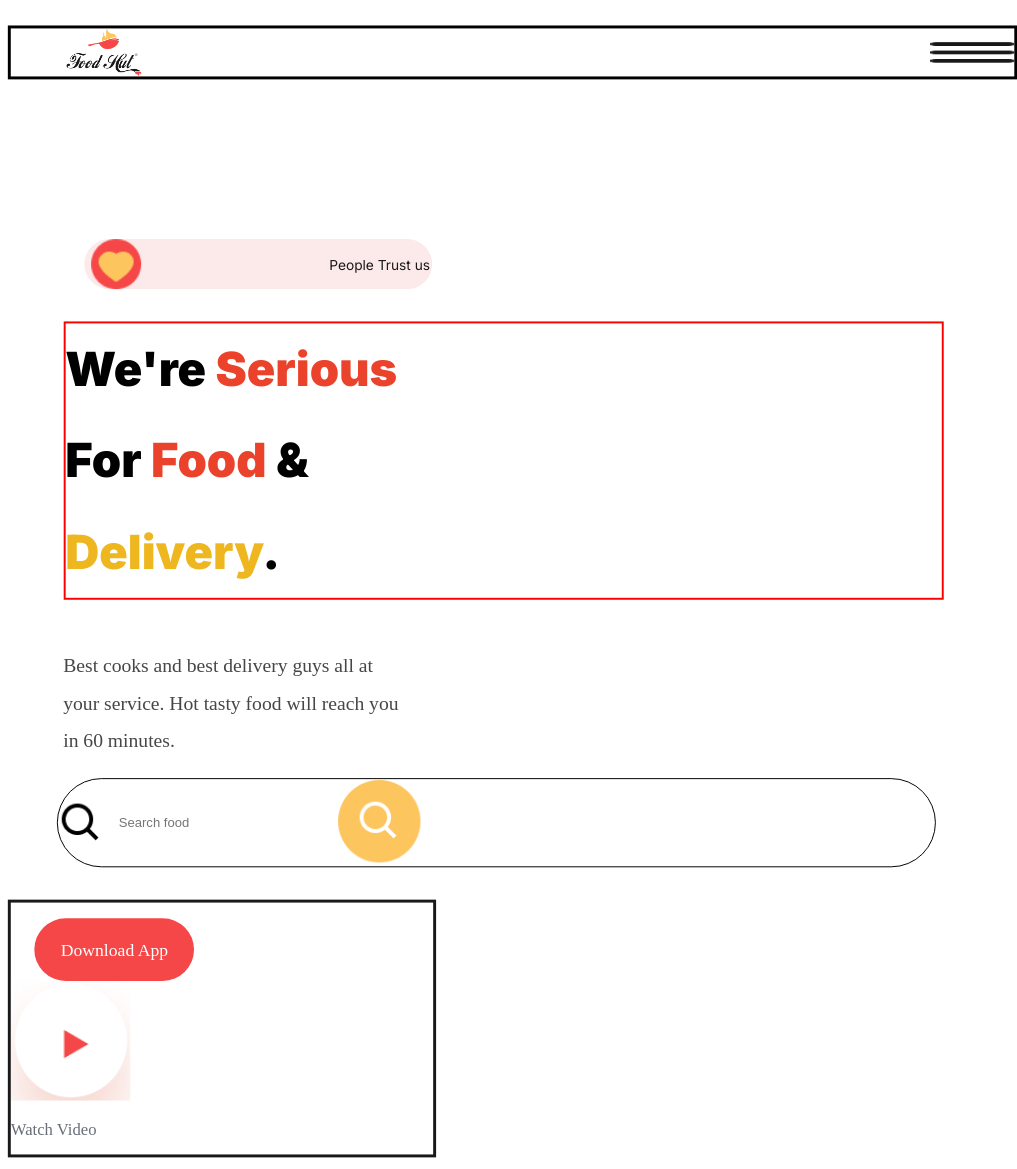
Repository: ReyhanehRahmani/Food-Hut
Page: FoodHut.html
An editor plug-in stored every save of this project. The page is shown before and after the next save, followed by the edit.
The browser window is 1024 px wide. The page is 1038 px wide, so the pictures cover 1038 px, including what lies to the right of the window. The pictures show the whole page, at 98% of full size.
Some web fonts or font styles are not loaded; a fallback is used.

Above is the page before, as saved 2025-05-28 23:42:58.

After the next save:
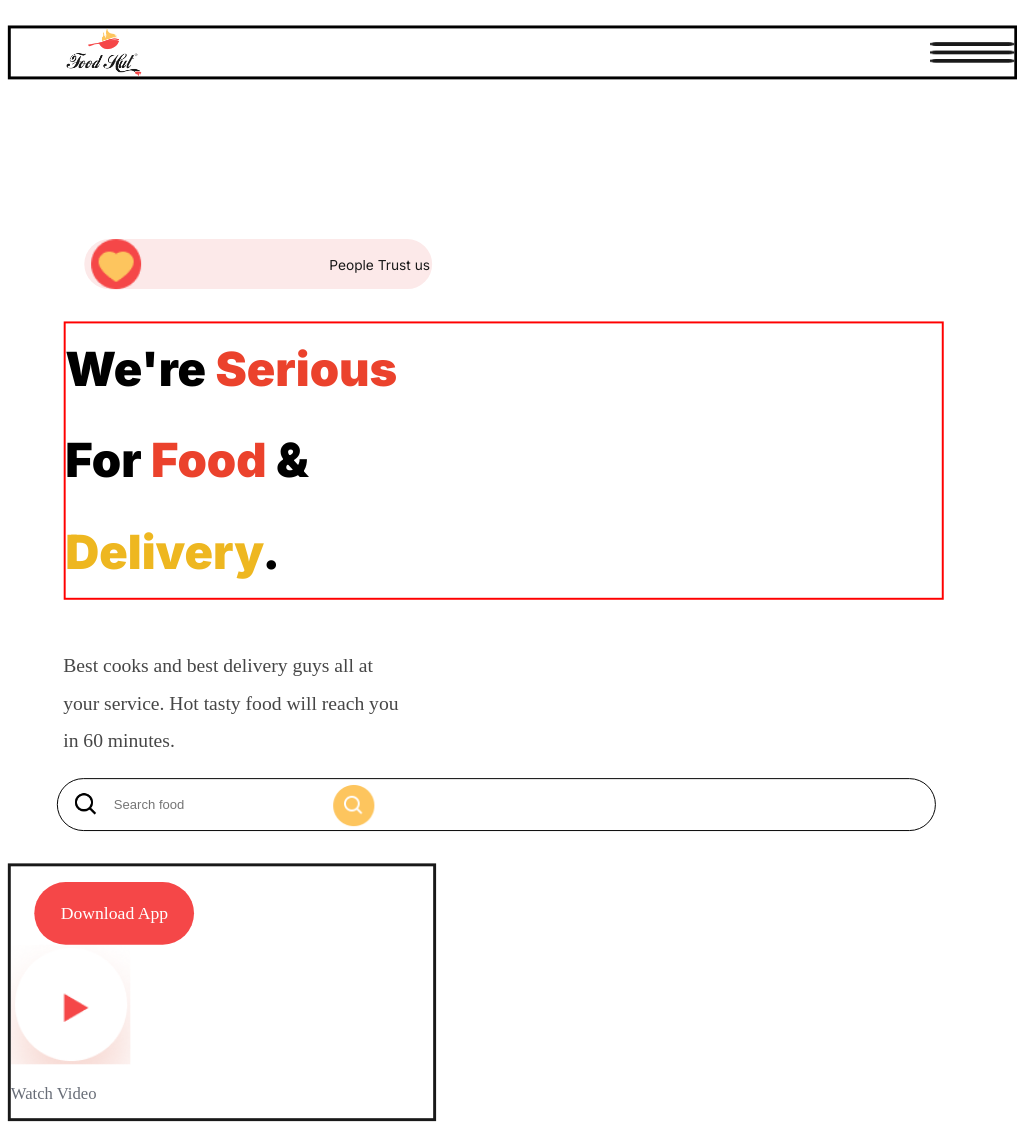
Saved 41 s later.
--- a/FoodHut.css
+++ b/FoodHut.css
@@ -153,6 +153,19 @@ body {
     margin-left: 4.324840764%;
 }
 
+#zarebin{
+    height: 42px;
+    padding-top: 5px;
+
+}
+
+#zarebin2{
+    width: 28px;
+    height: 28px;
+    margin-left: 15px;
+
+}
+
 #download{
     width: 37.85046729%;
     height: 4.859611231%;
